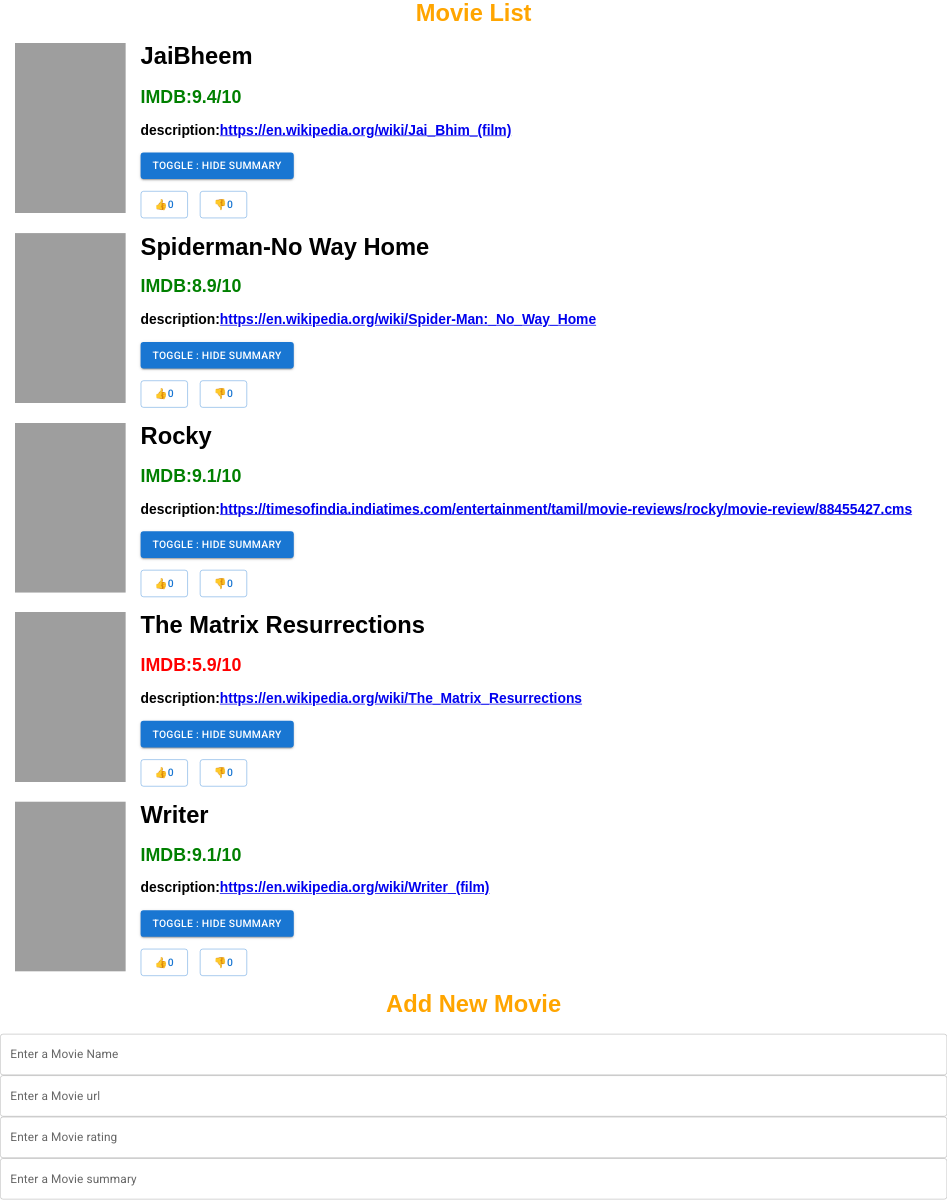
Repository: baladhinesh18/first-app
Page: /
An editor plug-in stored every save of this project. The page is shown before and after the next save, followed by the edit.
The browser window is 1280 px wide. The pictures show the whole page, at 74% of full size.
Pictures or frames that could not be fetched are drawn as grey boxes. The project was rebuilt for these pictures with package versions that can differ from the ones it lists, and the page was loaded fresh each time.

Above is the page before, as saved 2022-01-07 13:37:02.

After the next save:
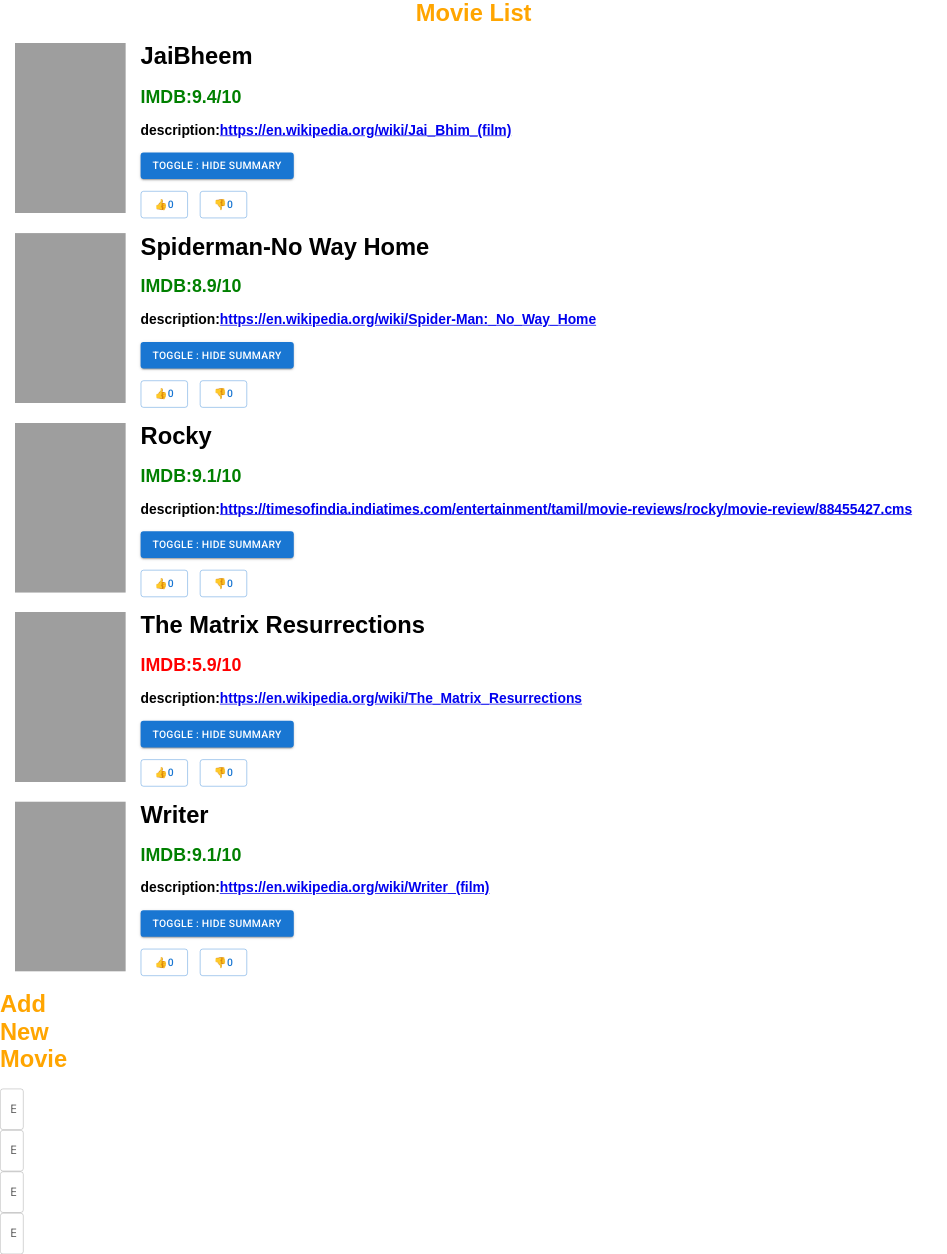
Saved 19 s later.
--- a/src/App.css
+++ b/src/App.css
@@ -36,4 +36,5 @@
 .btn{
   display: flex;
   flex-direction: column;
+  width:2rem;
 }
